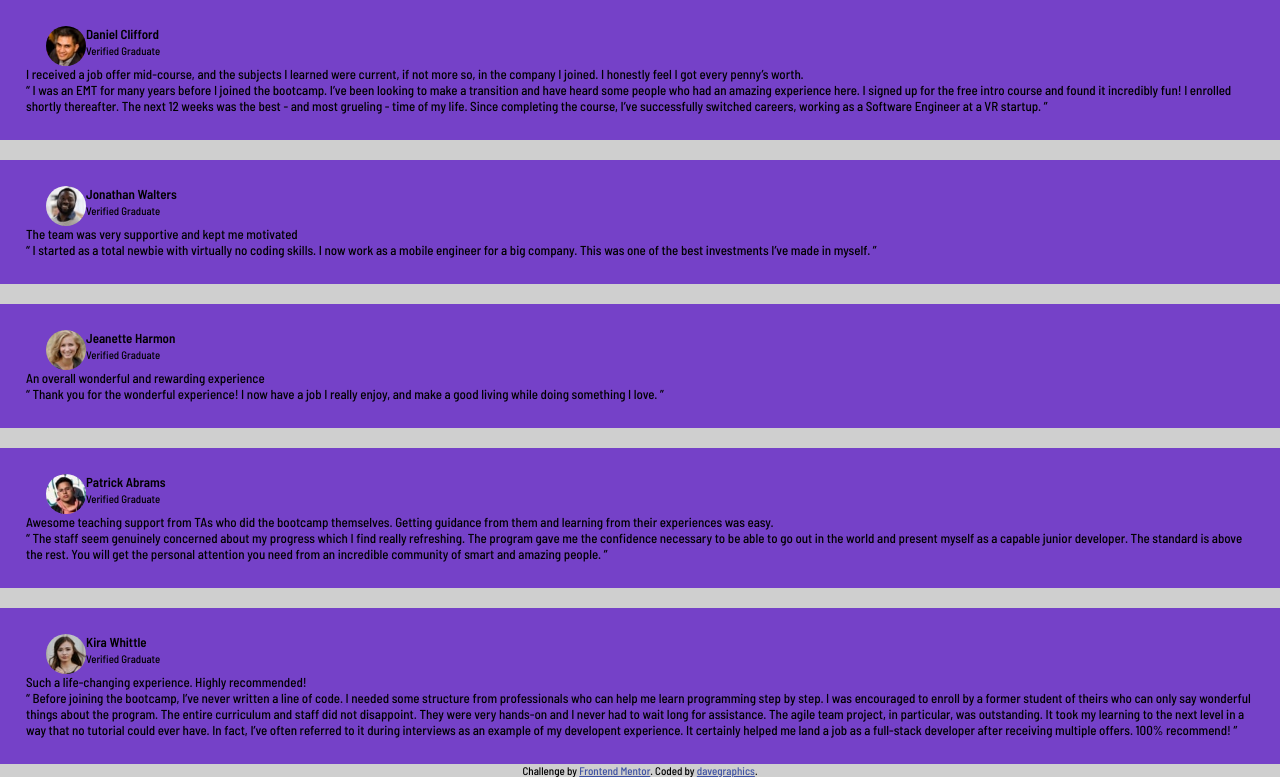
Repository: DejV44/testimonials_grid_section_main
Page: index.html
These files come from the project's save history. The page is drawn as it stood at one moment and after the next save; the edit follows.
The browser window is 1280 px wide. The pictures show the whole page.
The style sheet was rebuilt from its Sass, Less or Tailwind sources for each picture, by a compiler version that may differ from the author's.

Above is the page before, as saved 2021-07-14 20:01:41.

### index.html
<!DOCTYPE html>
<html lang="en">

<head>
  <meta charset="UTF-8">
  <meta name="viewport" content="width=device-width, initial-scale=1.0">
  <link rel="stylesheet" href="css/style.css">
  <link rel="icon" type="image/png" sizes="32x32" href="./images/favicon-32x32.png">
  <title>Frontend Mentor | Testimonials grid section</title>
</head>

<body>
  <div class="container">
    <div class="cards">
      <div class="image">
        <img src="./images/image-daniel.jpg" alt="image-daniel">
        <div>
          <h4>Daniel Clifford</h4>
          <small>Verified Graduate</small>
        </div>
      </div>
      <p>I received a job offer mid-course, and the subjects I learned were current, if not more so,
        in the company I joined. I honestly feel I got every penny’s worth.</p>
      <p>“ I was an EMT for many years before I joined the bootcamp. I’ve been looking to make a
        transition and have heard some people who had an amazing experience here. I signed up
        for the free intro course and found it incredibly fun! I enrolled shortly thereafter.
        The next 12 weeks was the best - and most grueling - time of my life. Since completing
        the course, I’ve successfully switched careers, working as a Software Engineer at a VR startup. ”</p>
    </div>
    <div class="cards">
      <div class="image">
        <img src="./images/image-jonathan.jpg" alt="image-jonathan">
        <div>
          <h4>Jonathan Walters</h4>
          <small>Verified Graduate</small>
        </div>
      </div>
      <p>The team was very supportive and kept me motivated</p>
      <p>“ I started as a total newbie with virtually no coding skills. I now work as a mobile engineer
        for a big company. This was one of the best investments I’ve made in myself. ”</p>
    </div>
    <div class="cards">
      <div class="image">
        <img src="./images/image-jeanette.jpg" alt="image-jeanette">
        <div>
          <h4>Jeanette Harmon</h4>
          <small>Verified Graduate</small>
        </div>
      </div>
      <p>An overall wonderful and rewarding experience</p>
      <p>“ Thank you for the wonderful experience! I now have a job I really enjoy, and make a good living
        while doing something I love. ”</p>
    </div>
    <div class="cards">
      <div class="image">
        <img src="./images/image-patrick.jpg" alt="image-patrick">
        <div>
          <h4>Patrick Abrams</h4>
          <small>Verified Graduate</small>
        </div>
      </div>
      <p>Awesome teaching support from TAs who did the bootcamp themselves. Getting guidance from them and
        learning from their experiences was easy.</p>
      <p>“ The staff seem genuinely concerned about my progress which I find really refreshing. The program
        gave me the confidence necessary to be able to go out in the world and present myself as a capable
        junior developer. The standard is above the rest. You will get the personal attention you need from
        an incredible community of smart and amazing people. ”</p>
    </div>
    <div class="cards">
      <div class="image">
        <img src="./images/image-kira.jpg" alt="image-kira">
        <div>
          <h4>Kira Whittle</h4>
          <small>Verified Graduate</small>
        </div>
      </div>
      <p>Such a life-changing experience. Highly recommended!</p>
      <p>“ Before joining the bootcamp, I’ve never written a line of code. I needed some structure from
        professionals who can help me learn programming step by step. I was encouraged to enroll by a former
        student of theirs who can only say wonderful things about the program. The entire curriculum and staff
        did not disappoint. They were very hands-on and I never had to wait long for assistance. The agile team
        project, in particular, was outstanding. It took my learning to the next level in a way that no tutorial
        could ever have. In fact, I’ve often referred to it during interviews as an example of my developent
        experience. It certainly helped me land a job as a full-stack developer after receiving multiple offers.
        100% recommend! ”</p>
    </div>
  </div>
  <div class="attribution">
    Challenge by <a href="https://www.frontendmentor.io?ref=challenge" target="_blank">Frontend Mentor</a>.
    Coded by <a href="#">davegraphics</a>.
  </div>
</body>

</html>

### css/style.scss
@import url('https://fonts.googleapis.com/css2?family=Barlow+Semi+Condensed:wght@500;600&display=swap');

$ModerateViolet: hsl(263, 55%, 52%);
$VeryDarkGrayishBlue: hsl(217, 19%, 35%);
$VeryDarkBlackishBlue: hsl(219, 29%, 14%);
$White: hsl(0, 0%, 100%);
$LightGray: hsl(0, 0%, 81%);
$LightGrayishBlue: hsl(210, 46%, 95%);

* {
    margin: 0;
    padding: 0;
}

body {
    font-size: 13px;
    font-family: 'Barlow Semi Condensed', sans-serif;
    background-color: $LightGray;


    .container {
        display: grid;
        grid-template-columns: 2fr;
        grid-template-rows: 2fr;
        gap: 20px;


        .cards {
            background-color: $ModerateViolet;
            padding: 2em;


            .image {
                display: flex;

                img {
                    border-radius: 50%;
                    width: 40px;
                    height: 40px;
                    margin-left: 20px;
                }
            }
        }

    }


.attribution { font-size: 11px; text-align: center; }
.attribution a { color: hsl(228, 45%, 44%); }

}

After the next save:
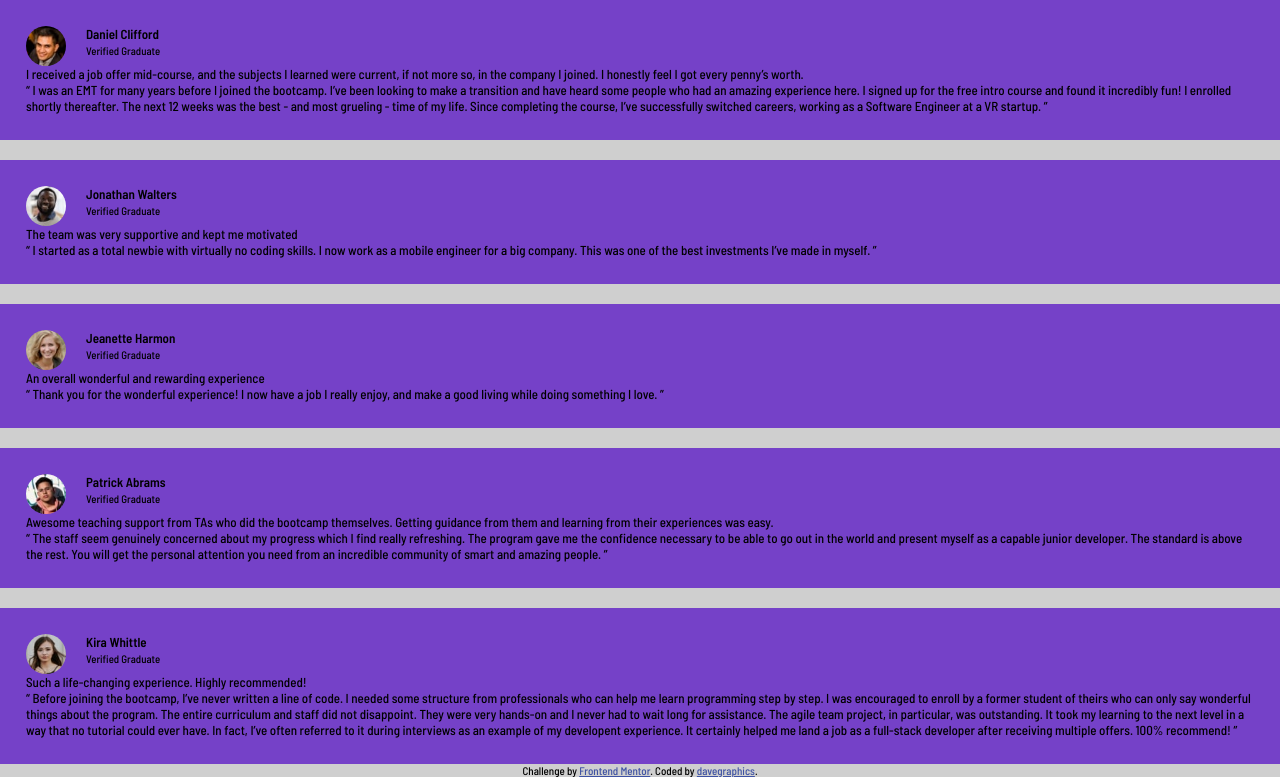
Saved 7 s later.
--- a/css/style.scss
+++ b/css/style.scss
@@ -37,7 +37,7 @@ body {
                     border-radius: 50%;
                     width: 40px;
                     height: 40px;
-                    margin-left: 20px;
+                    margin-right: 20px;
                 }
             }
         }
